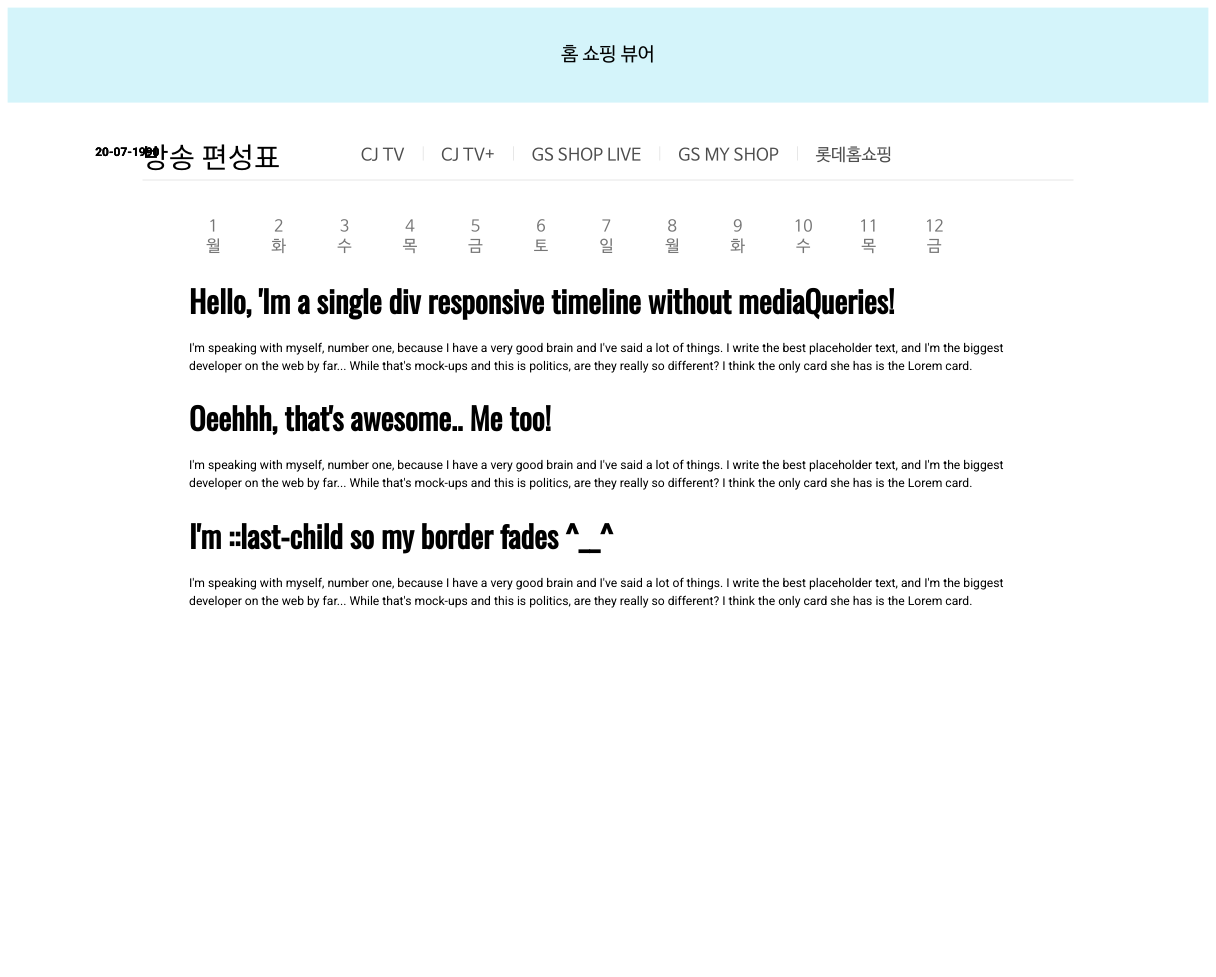
Repository: Kds010/HomeShopping
Page: http://localhost/index
These files come from the project's save history. The page is drawn as it stood at one moment and after the next save; the edit follows.
The browser window is 1280 px wide. The pictures show the whole page, at 95% of full size.
The page is this project's Thymeleaf template; nobody is signed in. The template is opened directly, without the code that normally fills it, so the values that code supplies are empty.

Above is the page before, as saved 2021-12-18 10:02:11.

### homeshopping/src/main/resources/templates/index.html
<!DOCTYPE html>
<html xmlns:th="http://www.thymeleaf.org">
<head>
<meta charset="UTF-8">
<title>SC쇼핑바라기</title>
</head>
<body>
<div id="wrap">
	<th:block th:replace="header.html"></th:block>
	<div id="container">
		<div class="content">
			<div class="fiexd_wrap">
				<div class="fixed_wrap_div">
					<h2 class="fiexd_wrap_tit">방송 편성표</h2>
					<ul class="ch_list_tab" id="ch_list_tab">
						<li class="">CJ TV</li>
						<li class="">CJ TV+</li>
						<li class="">GS SHOP LIVE</li>
						<li class="">GS MY SHOP</li>
						<li class="">롯데홈쇼핑</li>
					</ul>
				</div>
				<ul class="list_date" id="scheduleDate">
					<li data-dt="20211201">
						<a href="javascript:;" class="date_cont">
							<span class="num_date">1</span>
							<span class="txt_date">월</span></a></li>
					<li data-dt="20211202">
						<a href="javascript:;" class="date_cont">
							<span class="num_date">2</span>
							<span class="txt_date">화</span></a></li>
					<li data-dt="20211203">
						<a href="javascript:;" class="date_cont">
							<span class="num_date">3</span>
							<span class="txt_date">수</span></a></li>
					<li data-dt="20211204">
						<a href="javascript:;" class="date_cont">
							<span class="num_date">4</span>
							<span class="txt_date">목</span></a></li>
					<li data-dt="20211205">
						<a href="javascript:;" class="date_cont">
							<span class="num_date">5</span>
							<span class="txt_date">금</span></a></li>
					<li data-dt="20211206">
						<a href="javascript:;" class="date_cont">
							<span class="num_date">6</span>
							<span class="txt_date">토</span></a></li>
					<li data-dt="20211207">
						<a href="javascript:;" class="date_cont">
							<span class="num_date">7</span>
							<span class="txt_date">일</span></a></li>
					<li data-dt="20211208">
						<a href="javascript:;" class="date_cont">
							<span class="num_date">8</span>
							<span class="txt_date">월</span></a></li>
					<li data-dt="20211209">
						<a href="javascript:;" class="date_cont">
							<span class="num_date">9</span>
							<span class="txt_date">화</span></a></li>
					<li data-dt="20211210">
						<a href="javascript:;" class="date_cont">
							<span class="num_date">10</span>
							<span class="txt_date">수</span></a></li>
					<li data-dt="20211211">
						<a href="javascript:;" class="date_cont">
							<span class="num_date">11</span>
							<span class="txt_date">목</span></a></li>
					<li data-dt="20211212">
						<a href="javascript:;" class="date_cont">
							<span class="num_date">12</span>
							<span class="txt_date">금</span></a></li>
				</ul>
			</div>



		<div class="container2">

			<div class="timeline-item" date-is='20-07-1990'>
				<h1>Hello, 'Im a single div responsive timeline without mediaQueries!</h1>
				<p>
					I'm speaking with myself, number one, because I have a very good brain and I've said a lot of things. I write the best placeholder text, and I'm the biggest developer on the web by far... While that's mock-ups and this is politics, are they really so different? I think the only card she has is the Lorem card.
				</p>
			</div>

			<div class="timeline-item" date-is='20-07-1990'>
				<h1>Oeehhh, that's awesome.. Me too!</h1>
				<p>
					I'm speaking with myself, number one, because I have a very good brain and I've said a lot of things. I write the best placeholder text, and I'm the biggest developer on the web by far... While that's mock-ups and this is politics, are they really so different? I think the only card she has is the Lorem card.
				</p>
			</div>

			<div class="timeline-item" date-is='20-07-1990'>
				<h1>I'm ::last-child so my border fades ^__^</h1>
				<p>
					I'm speaking with myself, number one, because I have a very good brain and I've said a lot of things. I write the best placeholder text, and I'm the biggest developer on the web by far... While that's mock-ups and this is politics, are they really so different? I think the only card she has is the Lorem card.
				</p>
			</div>

		</div>

		</div>
	</div>
</div>
</body>
</html>

### homeshopping/src/main/resources/templates/header.html
<!DOCTYPE html>
<html>
<head>
<meta charset="UTF-8">
<link rel="stylesheet" type="text/css" href="/css/main.css">
<link rel="stylesheet" type="text/css" href="/css/font.css">
<script src="/js/jquery-3.6.0.js" defer></script>
<script src="/js/index.js" defer></script>
</head>
<body>
<div class="header">
	<div class="header-content">
		홈 쇼핑 뷰어
	</div>
</div>
</body>
</html>

### homeshopping/src/main/resources/static/css/main.css
@charset "UTF-8";

/* // ----------------  THE BASICS */

@import url('https://fonts.googleapis.com/css?family=Oswald|Roboto:400,700');

/* // ----------------  THE FONTS */

h1, h2, h3, h4, h5, h6 {
	font-family: 'Oswald', sans-serif;
}

h1 {
	font-size: 2rem;
	margin-bottom: .5em;
}

p {
	font-family: 'Roboto', sans-serif;
	font-size: .8rem;
}


body{
	font-family: 'NanumBarunGothic', sans-serif;
    /* font-size: 12px; */
    font-size: 14px;
    line-height: 1.5;
}


div{
	display:block;
}

li, ol, ul{
	list-style: none;
}

li{
	display: list-item;
    text-align: -webkit-match-parent;
}

ul{
	list-style-type: disc;
}

a{
	color: inherit;
    text-decoration: none;
}

/* h1, h2, h3, h4, h5, h6{
	display: block;
    font-size: 1.5em;
    margin-block-start: 0.83em;
    margin-block-end: 0.83em;
    margin-inline-start: 0px;
    margin-inline-end: 0px;
    font-weight: bold;
} */

#wrap{
	min-width: 1240px;
}

.header {
	display: flex;
	background: #D4F4FA;
	width: 100%;
	height: 100px;
	font-size:20px;
	text-align: center;
}

.header-content{
    width: 1180px;
    margin: auto;
}

#container{
	position: relative;
    width: 1180px;
    min-height: 802px;
    margin: 0 auto;
    padding-bottom: 80px;
    zoom: 1;
}

.content{
	width:980px;
	margin:0 auto;
}

.fiexd_wrap{
	width:980px;
	margin-top: 30px;
}

.fixed_wrap_div{
	overflow: hidden;
	margin-bottom: 10px;
	border-bottom: 1px solid #e5e5e5;
}


.fiexd_wrap_tit{
	float: left;
    margin-top: 3px;
    margin-bottom: 3px;
    font-weight: 400;
    font-size: 30px;
    line-height: 1.5;
}

.ch_list_tab{
	overflow: hidden;
    float: left;
    margin: 12px 0 0 6px;
}

.ch_list_tab li{
	position: relative;
    float: left;
    margin-left: 39px;
    font-size: 18px;
    color: #4d4d4d;
    text-decoration: none;
}

.ch_list_tab li:nth-child(1):after {
    content: normal;
}

.ch_list_tab li:after {
	position: absolute;
    top: 4px;
    left: -20px;
    width: 1px;
    height: 15px;
    background-color: #e6e6e6;
    content: '';
}

.list_date li{
	vertical-align: top;
	float: left;
    padding: 10px 3px;
    color: #767676;
    text-align: center;
    margin:0;
}

.list_date .date_cont{
	display: block;
    width: 31px;
    padding: 14px 16px 10px;
    font-size: 17px;
    line-height: 21px;
    text-decoration: none;
}

.list_date .num_date{
	display: block;
    height: 20px;
}

.list_date .txt_date{
	display: block;
    line-height: 24px;
}



/* // ----------------  LAYOUT */

.container2 {
	max-width: 1024px;
	width: 90%;
	margin: 0 auto;
}

/* // ----------------  THE FONTS */

$border-color: rgba(black, .3);

.timeline-item {
	padding: 3em 2em 2em;
	position: relative;
	color: rgba(black, .7);
	border-left: 2px solid $border-color;
}
.timeline-item::before {
		content: attr(date-is);
		position: absolute;
		left: 4em;
		font-weight: bold;
		top: 1em;
		display: block;
		font-family: 'Roboto', sans-serif;
		font-weight: 700;
		font-size: .785rem;
	}

.timeline-item::after {
		width: 10px;
		height: 10px;
		display: block;
		top: 1em;
		position: absolute;
		left: -7px;
		border-radius: 10px;
		content: '';
		border: 2px solid $border-color;
		background: white;
	}

.timeline-item:last-child {
		border-image: linear-gradient(
			to bottom,
			$border-color 60%,
			rgba($border-color, 0)) 1 100%
		;
	}
}

.timeline-item	p {
		font-size: 1rem;
}

### homeshopping/src/main/resources/static/css/font.css
@charset "UTF-8";
@font-face {
    font-family: 'NanumBarunGothic';
    src:url('/fonts/NanumBarunGothic.ttf') format('woff'),
        url('/fonts/NanumBarunGothic.ttf') format('woff2');
    font-weight: 400;
}

Loaded but not shown: homeshopping/src/main/resources/static/js/jquery-3.6.0.js (library); homeshopping/src/main/resources/static/js/index.js (no copy from this time; the picture is the same without it)

After the next save:
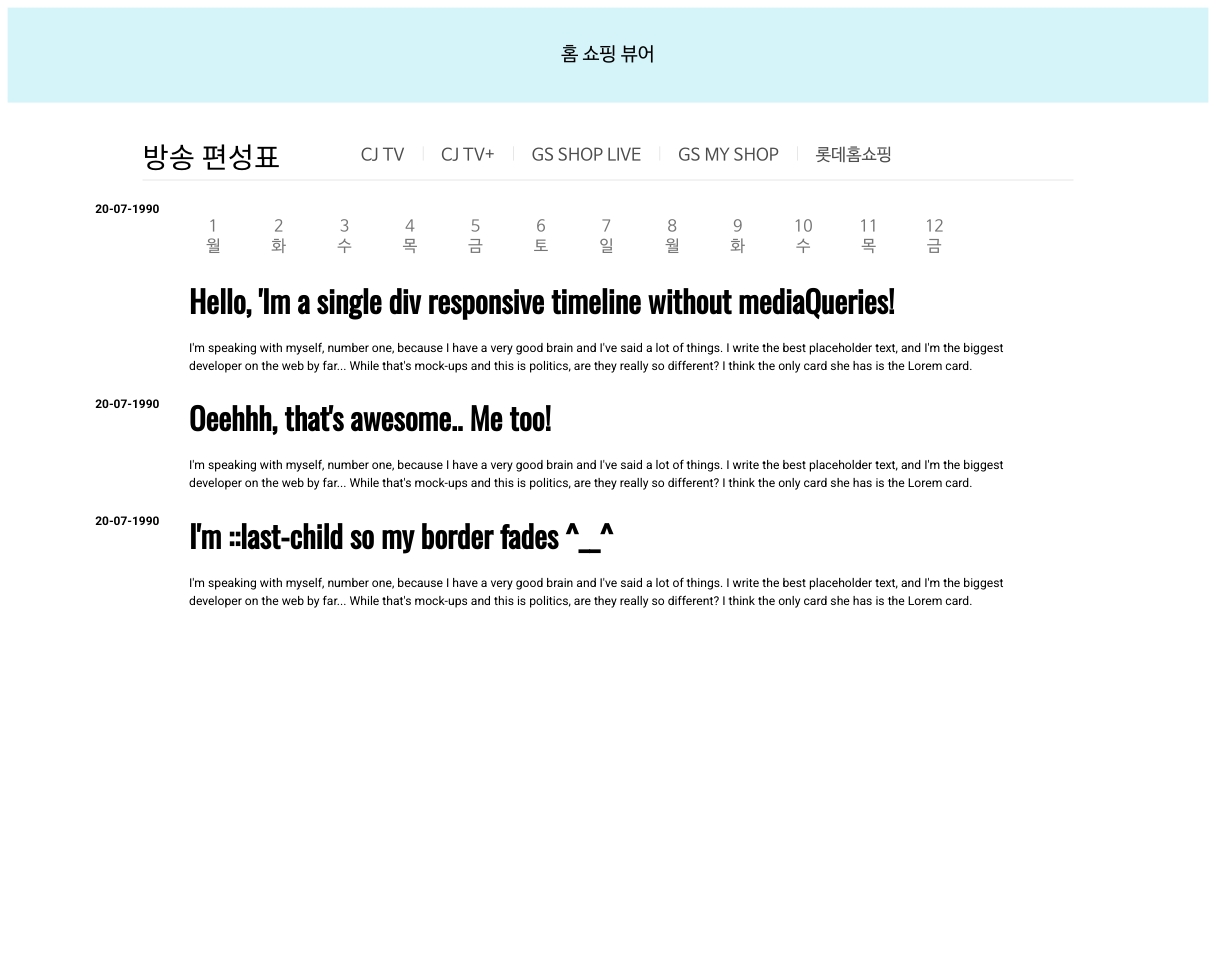
Saved 9 s later.
--- a/homeshopping/src/main/resources/static/css/main.css
+++ b/homeshopping/src/main/resources/static/css/main.css
@@ -196,7 +196,7 @@ $border-color: rgba(black, .3);
 		position: absolute;
 		left: 4em;
 		font-weight: bold;
-		top: 1em;
+		/* top: 1em; */
 		display: block;
 		font-family: 'Roboto', sans-serif;
 		font-weight: 700;
